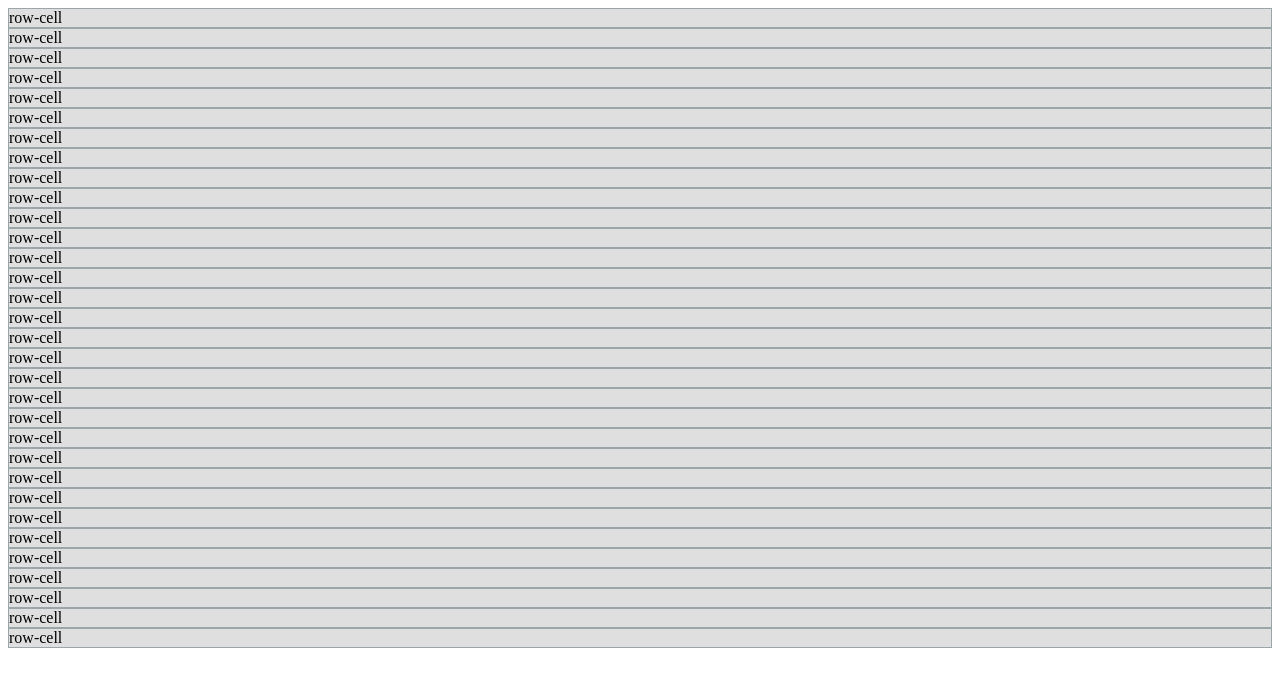
Repository: weazzyefff/Project-Etch-A-Sketch
Page: index.html
The author's editor kept a copy of each file at every save. The page is drawn from the files as they stood at one save, then again after the next save.
The browser window is 1280 px wide. The pictures show the whole page.

Above is the page before, as saved 2022-11-29 20:21:02.

After the next save:
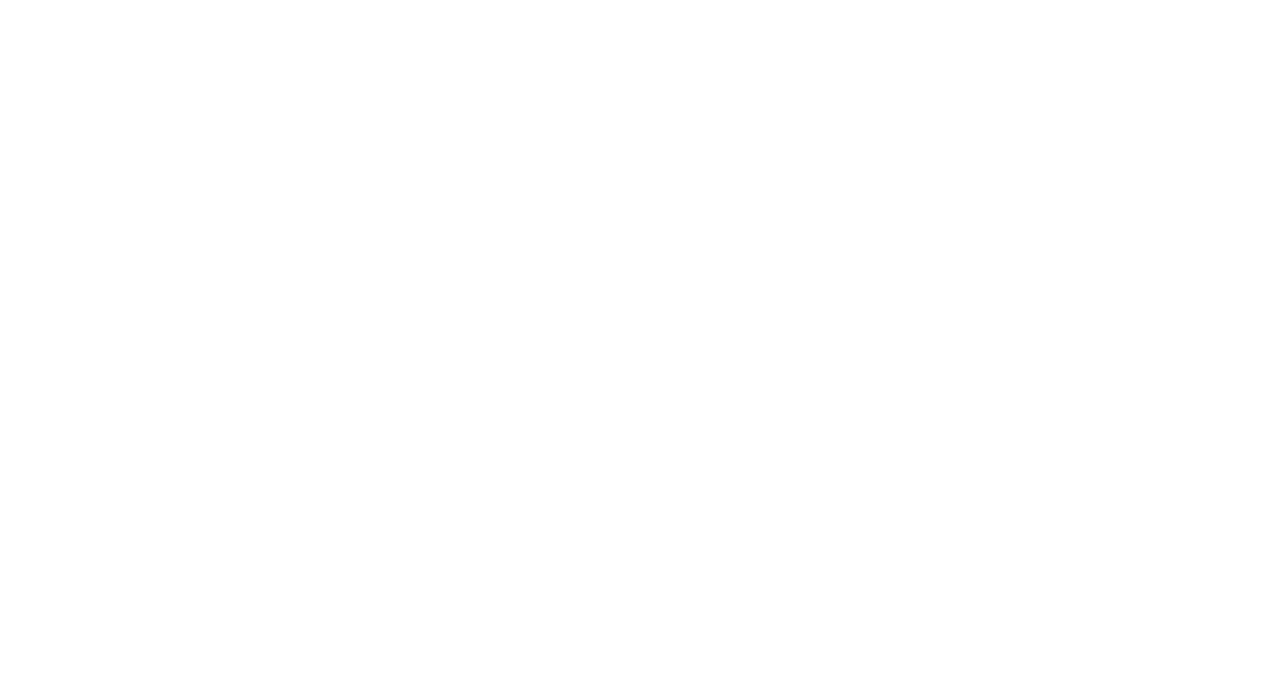
Console error: TypeError: Cannot read properties of null (reading 'appendChild')
Saved 72 s later.
--- a/script.js
+++ b/script.js
@@ -7,7 +7,7 @@
   }
 
 //Select the container for the divs (from ID)
-const container = document.querySelector('#container');
+const container = document.getElementById('#container');
 
 //Create Grid
 const grid = getGrid(16,16);

After the save that followed:
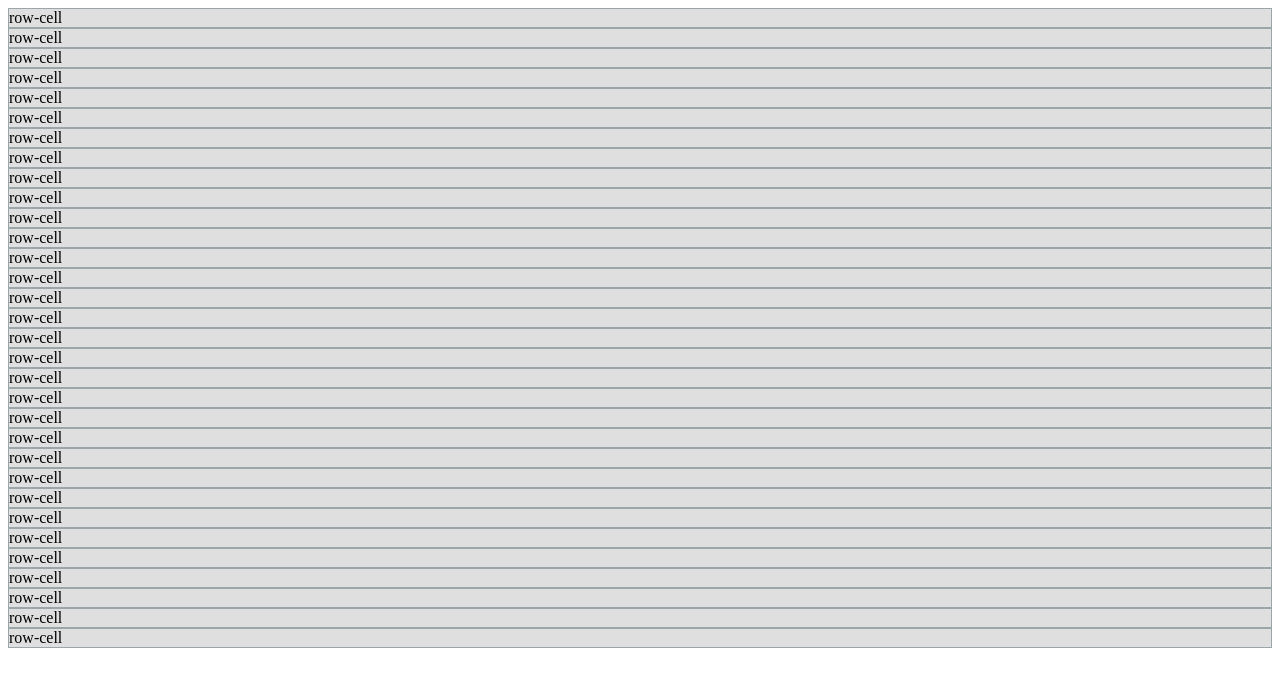
The error is gone.
Saved 18 s later.
--- a/script.js
+++ b/script.js
@@ -7,7 +7,7 @@
   }
 
 //Select the container for the divs (from ID)
-const container = document.getElementById('#container');
+const container = document.getElementById('container');
 
 //Create Grid
 const grid = getGrid(16,16);
